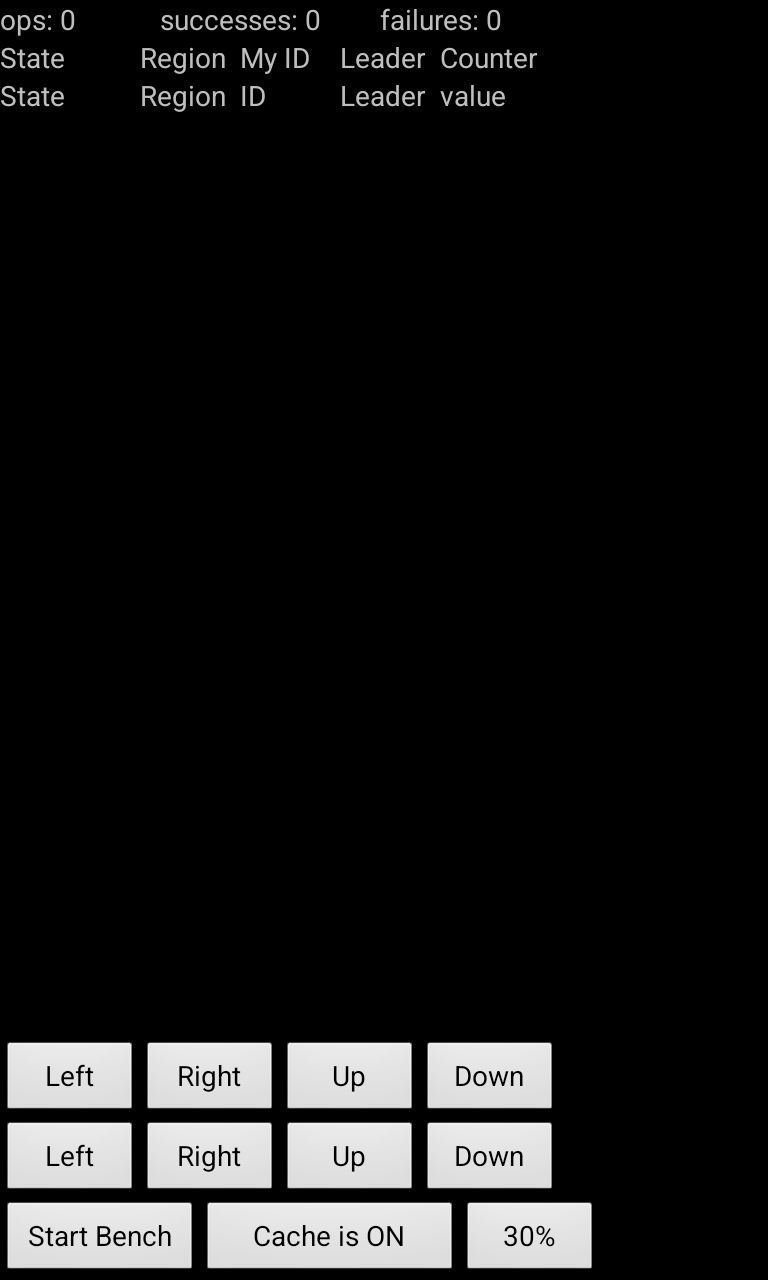
Repository: jasongao/csmcode
Layout: current/workspace/VNConsistent/res/layout/main.xml
These files come from the project's save history. The layout is drawn as it stood at one moment and after the next save; the edit follows.
It is drawn on a 768 x 1280 px phone screen (xhdpi) without system bars, with theme android:Theme; the app's code is not run. Lists and similar views that code fills are empty.

Above is the layout before, as saved 2011-07-17 15:35:32.

### current/workspace/VNConsistent/res/layout/main.xml
<?xml version="1.0" encoding="utf-8"?>
<LinearLayout xmlns:android="http://schemas.android.com/apk/res/android"
	android:orientation="vertical" android:layout_width="fill_parent"
	android:layout_height="fill_parent">

	<LinearLayout android:layout_width="match_parent"
		android:layout_height="wrap_content" android:id="@+id/CountInfoLayout">
		<TextView android:text="ops: 0" android:layout_height="wrap_content"
			android:id="@+id/opcount_tv" android:layout_width="80dip"></TextView>
		<TextView android:text="successes: 0" android:layout_height="wrap_content"
			android:id="@+id/successcount_tv" android:layout_width="110dip"></TextView>
		<TextView android:text="failures: 0" android:layout_height="wrap_content"
			android:id="@+id/failurecount_tv" android:layout_width="90dip"></TextView>
	</LinearLayout>

	<LinearLayout android:layout_width="match_parent"
		android:layout_height="wrap_content" android:id="@+id/StatusHeadingLayout">
		<TextView android:text="State" android:id="@+id/TextView04"
			android:layout_height="wrap_content" android:layout_width="70dip"></TextView>
		<TextView android:text="Region" android:layout_width="50dip"
			android:id="@+id/TextView03" android:layout_height="wrap_content"></TextView>
		<TextView android:text="My ID" android:layout_width="50dip"
			android:id="@+id/TextView01" android:layout_height="wrap_content"></TextView>
		<TextView android:layout_height="wrap_content"
			android:layout_width="50dip" android:text="Leader" android:id="@+id/TextView05"></TextView>
		<TextView android:text="Counter" android:layout_height="wrap_content"
			android:id="@+id/TextView06" android:layout_width="75dip"></TextView>
	</LinearLayout>
	<LinearLayout android:layout_width="match_parent"
		android:layout_height="wrap_content" android:id="@+id/StatusInfoLayout">
		<TextView android:text="State" android:layout_height="wrap_content"
			android:id="@+id/state_tv" android:layout_width="70dip"></TextView>
		<TextView android:text="Region" android:layout_height="wrap_content"
			android:layout_width="50dip" android:id="@+id/region_tv"></TextView>
		<TextView android:text="ID" android:layout_width="50dip"
			android:id="@+id/id_tv" android:layout_height="wrap_content"></TextView>
		<TextView android:layout_height="wrap_content"
			android:layout_width="50dip" android:text="Leader" android:id="@+id/leader_tv"></TextView>
		<TextView android:layout_height="wrap_content"
			android:layout_width="75dip" android:text="value" android:id="@+id/csm_tv"></TextView>
	</LinearLayout>

	<ListView android:id="@+id/msgList" android:layout_width="fill_parent"
		android:layout_height="fill_parent" android:stackFromBottom="true"
		android:transcriptMode="alwaysScroll" android:layout_weight="1">
	</ListView>

	<LinearLayout android:layout_width="fill_parent"
		android:orientation="horizontal" android:layout_height="wrap_content"
		android:id="@+id/RegionButton1Layout">
		<Button android:text="Left" android:id="@+id/left_button"
			android:layout_width="70dip" android:layout_height="40dip"/>
		<Button android:text="Right" android:id="@+id/right_button"
			android:layout_width="70dip" android:layout_height="40dip"></Button>
		<Button android:text="Up" android:id="@+id/up_button"
			android:layout_width="70dip" android:layout_height="40dip"/>
		<Button android:text="Down" android:id="@+id/down_button"
			android:layout_width="70dip" android:layout_height="40dip"/>
	</LinearLayout>

		<LinearLayout android:layout_width="fill_parent"
		android:orientation="horizontal" android:layout_height="wrap_content"
		android:id="@+id/RegionButton1Layout">
		<Button android:text="Left" android:id="@+id/left_button"
			android:layout_width="70dip" android:layout_height="40dip"/>
		<Button android:text="Right" android:id="@+id/right_button"
			android:layout_width="70dip" android:layout_height="40dip"></Button>
		<Button android:text="Up" android:id="@+id/up_button"
			android:layout_width="70dip" android:layout_height="40dip"/>
		<Button android:text="Down" android:id="@+id/down_button"
			android:layout_width="70dip" android:layout_height="40dip"/>
	</LinearLayout>

	<LinearLayout android:layout_width="fill_parent"
		android:orientation="horizontal" android:layout_height="wrap_content"
		android:id="@+id/TestButtonsLayout">
		<Button android:text="Start Bench" android:layout_width="100dip" android:id="@+id/switchbench_button" android:layout_height="40dip"></Button>
		<Button android:layout_width="130dip" android:text="Cache is ON"
			android:id="@+id/cache_button" android:layout_height="40dip"></Button>
		<Button android:text="30%" android:id="@+id/distribution_button" android:layout_height="40dip" android:layout_width="70dip"></Button>
	</LinearLayout>

</LinearLayout>

After the next save:
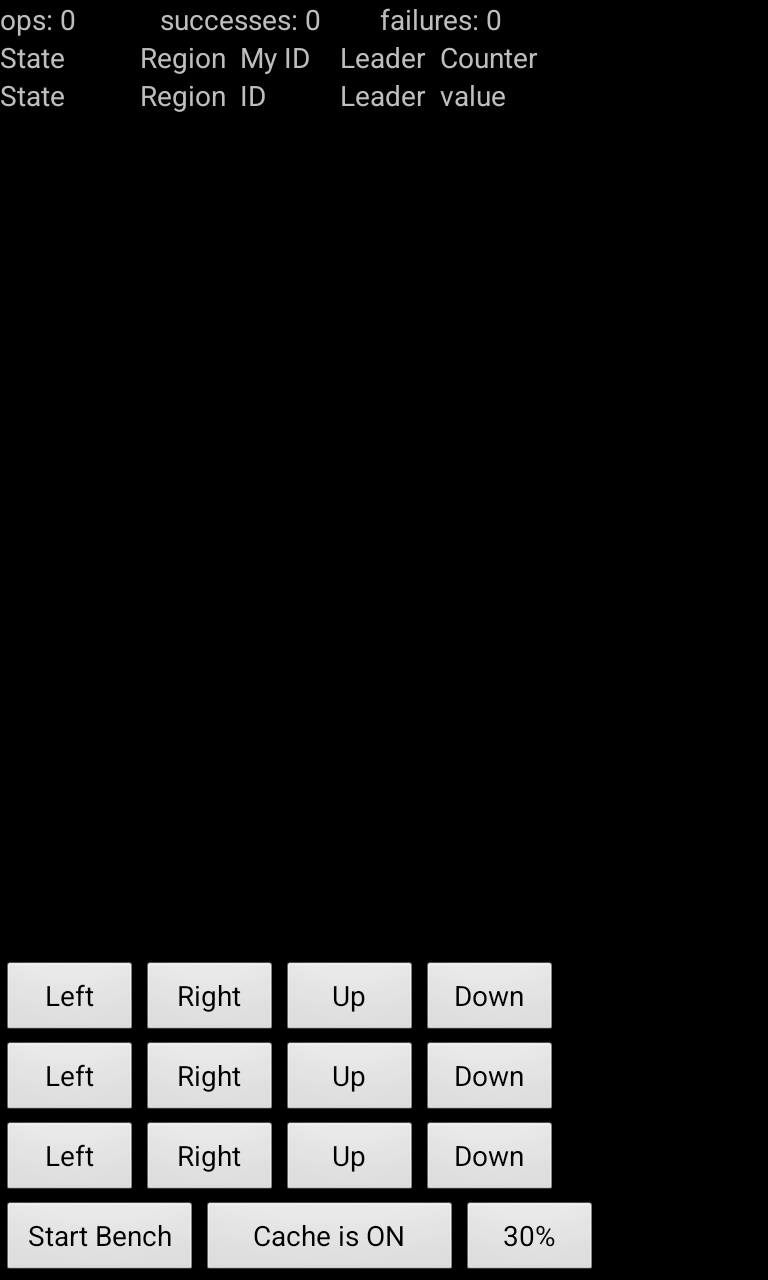
Saved 9 s later.
--- a/current/workspace/VNConsistent/res/layout/main.xml
+++ b/current/workspace/VNConsistent/res/layout/main.xml
@@ -47,37 +47,52 @@
 
 	<LinearLayout android:layout_width="fill_parent"
 		android:orientation="horizontal" android:layout_height="wrap_content"
-		android:id="@+id/RegionButton1Layout">
+		android:id="@+id/RegionButtonLayout">
 		<Button android:text="Left" android:id="@+id/left_button"
-			android:layout_width="70dip" android:layout_height="40dip"/>
+			android:layout_width="70dip" android:layout_height="40dip" />
 		<Button android:text="Right" android:id="@+id/right_button"
 			android:layout_width="70dip" android:layout_height="40dip"></Button>
 		<Button android:text="Up" android:id="@+id/up_button"
-			android:layout_width="70dip" android:layout_height="40dip"/>
+			android:layout_width="70dip" android:layout_height="40dip" />
 		<Button android:text="Down" android:id="@+id/down_button"
-			android:layout_width="70dip" android:layout_height="40dip"/>
+			android:layout_width="70dip" android:layout_height="40dip" />
 	</LinearLayout>
 
-		<LinearLayout android:layout_width="fill_parent"
+	<LinearLayout android:layout_width="fill_parent"
 		android:orientation="horizontal" android:layout_height="wrap_content"
-		android:id="@+id/RegionButton1Layout">
+		android:id="@+id/RegionButtonLayout">
 		<Button android:text="Left" android:id="@+id/left_button"
-			android:layout_width="70dip" android:layout_height="40dip"/>
+			android:layout_width="70dip" android:layout_height="40dip" />
 		<Button android:text="Right" android:id="@+id/right_button"
 			android:layout_width="70dip" android:layout_height="40dip"></Button>
 		<Button android:text="Up" android:id="@+id/up_button"
-			android:layout_width="70dip" android:layout_height="40dip"/>
+			android:layout_width="70dip" android:layout_height="40dip" />
 		<Button android:text="Down" android:id="@+id/down_button"
-			android:layout_width="70dip" android:layout_height="40dip"/>
+			android:layout_width="70dip" android:layout_height="40dip" />
+	</LinearLayout>
+
+	<LinearLayout android:layout_width="fill_parent"
+		android:orientation="horizontal" android:layout_height="wrap_content"
+		android:id="@+id/RegionButtonLayout">
+		<Button android:text="Left" android:id="@+id/left_button"
+			android:layout_width="70dip" android:layout_height="40dip" />
+		<Button android:text="Right" android:id="@+id/right_button"
+			android:layout_width="70dip" android:layout_height="40dip"></Button>
+		<Button android:text="Up" android:id="@+id/up_button"
+			android:layout_width="70dip" android:layout_height="40dip" />
+		<Button android:text="Down" android:id="@+id/down_button"
+			android:layout_width="70dip" android:layout_height="40dip" />
 	</LinearLayout>
 
 	<LinearLayout android:layout_width="fill_parent"
 		android:orientation="horizontal" android:layout_height="wrap_content"
 		android:id="@+id/TestButtonsLayout">
-		<Button android:text="Start Bench" android:layout_width="100dip" android:id="@+id/switchbench_button" android:layout_height="40dip"></Button>
+		<Button android:text="Start Bench" android:layout_width="100dip"
+			android:id="@+id/switchbench_button" android:layout_height="40dip"></Button>
 		<Button android:layout_width="130dip" android:text="Cache is ON"
 			android:id="@+id/cache_button" android:layout_height="40dip"></Button>
-		<Button android:text="30%" android:id="@+id/distribution_button" android:layout_height="40dip" android:layout_width="70dip"></Button>
+		<Button android:text="30%" android:id="@+id/distribution_button"
+			android:layout_height="40dip" android:layout_width="70dip"></Button>
 	</LinearLayout>
 
 </LinearLayout>
